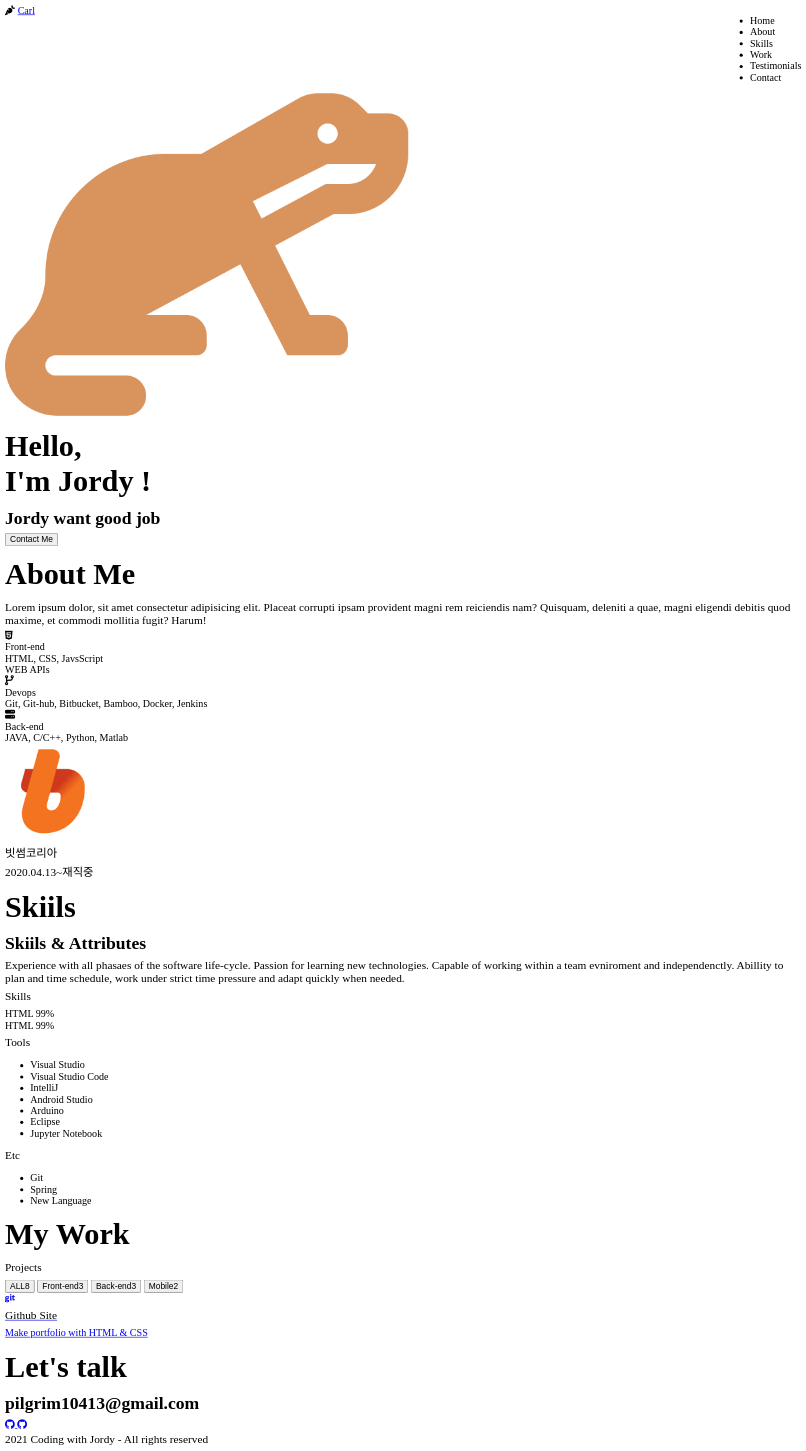
Repository: pilgrim13/Portfolio
Page: index.html
An editor plug-in stored every save of this project. The page is shown before and after the next save, followed by the edit.
The browser window is 1280 px wide. The pictures show the whole page, at 63% of full size.
Some web libraries are served in a nearby version.

Above is the page before, as saved 2021-01-11 17:30:02.

### index.html
<!DOCTYPE html>
<html lang="en">
	<!-- Header -->
	<head>
		<meta charset="UTF-8" />
		<meta name="viewport" content="width=device-width, initial-scale=1.0" />
		<title>Carl's WAS</title>
		<meta name="description" content="test WAS" />
		<meta name="author" content="Carl" />
		<link rel="icon" type="image/png" href="imgs/carrot.png" />
		<script
			src="https://kit.fontawesome.com/453419e5ae.js"
			crossorigin="anonymous"
		></script>
		<link rel="preconnect" href="https://fonts.gstatic.com" />
		<link
			href="https://fonts.googleapis.com/css2?family=Open+Sans:wght@400;600;700&display=swap"
			rel="stylesheet"
		/>
		<!-- css -->
		<!-- font-family: 'Open Sans', sans-serif; -->
		<link rel="stylesheet" href="style.css" />
		<script src="main.js" defer></script>
	</head>
	<body>
		<!-- Navbar -->
		<nav id="navbar">
			<div class="navbar__logo">
				<i class="fas fa-carrot"></i>
				<a href="#">Carl</a>
			</div>
			<div class="navbar__menu">
				<ul>
					<li class="navbar__menu__item">Home</li>
					<li class="navbar__menu__item">About</li>
					<li class="navbar__menu__item">Skills</li>
					<li class="navbar__menu__item">Work</li>
					<li class="navbar__menu__item">Testimonials</li>
					<li class="navbar__menu__item">Contact</li>
				</ul>
			</div>
		</nav>

		<!-- Home -->
		<section id="home">
			<img
				src="imgs/otter-solid.png"
				alt="Carl's profile photo"
				class="home__avatar"
			/>
			<h1 class="home__title">Hello, <br />I'm Jordy !</h1>
			<h2 class="home__description">Jordy want good job</h2>
			<button class="home__contact">Contact Me</button>
		</section>

		<!-- About -->
		<section id="about">
			<h1>About Me</h1>
			<p>
				Lorem ipsum dolor, sit amet consectetur adipisicing elit. Placeat
				corrupti ipsam provident magni rem reiciendis nam? Quisquam, deleniti a
				quae, magni eligendi debitis quod maxime, et commodi mollitia fugit?
				Harum!
			</p>
			<div class="about__majors">
				<div class="major">
					<div class="major__icon">
						<i class="fab fa-html5"></i>
					</div>
					<div class="major__title">Front-end</div>
					<div class="major__description">
						HTML, CSS, JavsScript <br />WEB APIs
					</div>
				</div>
				<div class="major">
					<div class="major__icon">
						<i class="fas fa-code-branch"></i>
					</div>
					<div class="major__title">Devops</div>
					<div class="major__description">
						Git, Git-hub, Bitbucket, Bamboo, Docker, Jenkins
					</div>
				</div>
				<div class="major">
					<div class="major__icon">
						<i class="fas fa-server"></i>
					</div>
					<div class="major__title">Back-end</div>
					<div class="major__description">JAVA, C/C++, Python, Matlab</div>
				</div>
			</div>
			<!-- <i class="fas fa-mobile-alt"></i> -->
			<!-- <i class="fas fa-server"></i> -->
			<!-- <i class="fas fa-code-branch"></i> -->
			<div class="about__jobs">
				<div class="job">
					<img src="imgs/bithumb_logo.png" alt="bithumb" class="job__logo" />
					<p class="job__name">빗썸코리아</p>
					<p class="job__period">2020.04.13~재직중</p>
				</div>
			</div>
		</section>

		<!-- Skills -->
		<section id="skills">
			<h1>Skiils</h1>
			<h2>Skiils & Attributes</h2>
			<p>
				Experience with all phasaes of the software life-cycle. Passion for
				learning new technologies. Capable of working within a team evniroment
				and independenctly. Abillity to plan and time schedule, work under
				strict time pressure and adapt quickly when needed.
			</p>
			<div class="skillset">
				<div class="skillset__left">
					<h3 class="skillset__title">Skills</h3>
					<div class="skill">
						<div class="skill_description">
							<span>HTML</span>
							<span>99%</span>
						</div>
						<div class="skill__bar">
							<div class="skill_value"></div>
						</div>
					</div>
					<div class="skill">
						<div class="skill_description">
							<span>HTML</span>
							<span>99%</span>
						</div>
						<div class="skill__bar">
							<div class="skill_value"></div>
						</div>
					</div>
				</div>
				<div class="skillset__right">
					<div class="tools">
						<h3 class="skillset_title">Tools</h3>
						<ul class="tools__list">
							<li><span>Visual Studio</span></li>
							<li><span>Visual Studio Code</span></li>
							<li><span>IntelliJ</span></li>
							<li><span>Android Studio</span></li>
							<li><span>Arduino</span></li>
							<li><span>Eclipse</span></li>
							<li><span>Jupyter Notebook</span></li>
						</ul>
					</div>
					<div class="etc">
						<h3 class="skillset_title">Etc</h3>
						<ul class="etc__list">
							<li><span>Git</span></li>
							<li><span>Spring</span></li>
							<li><span>New Language</span></li>
						</ul>
					</div>
				</div>
			</div>
		</section>

		<!-- Work -->
		<section id="work">
			<h1>My Work</h1>
			<h3>Projects</h3>
			<div class="work__categories">
				<button class="category__btn">
					ALL<span class="category__count">8</span>
				</button>
				<button class="category__btn">
					Front-end<span class="category__count">3</span>
				</button>
				<button class="category__btn">
					Back-end<span class="category__count">3</span>
				</button>
				<button class="category__btn">
					Mobile<span class="category__count">2</span>
				</button>
			</div>

			<div class="work__projects">
				<a
					href="https://github.com/pilgrim13/Portfolio"
					class="project"
					target="blank"
				>
					<i class="fab fa-git project__img" alt="github"></i>
					<!-- TODO. Link -> Img change -->
					<!-- <img src="imgs/carrot.png" alt="github"> -->
					<div class="project__description">
						<h3>Github Site</h3>
						<span>Make portfolio with HTML & CSS</span>
					</div>
				</a>
			</div>
		</section>

		<!-- Testimonials -->
		<section class="testimonials"></section>

		<!-- Contact -->
		<section id="contact">
			<h1 class="contact__title">Let's talk</h1>
			<h2 class="contact__email">pilgrim10413@gmail.com</h2>
			<div class="contact__links">
				<a href="https://github.com/pilgrim13" target="_blank">
					<i class="fab fa-github"></i>
				</a>
				<a href="#" target="_blank">
					<i class="fab fa-github"></i>
				</a>
			</div>
			<p class="contact__rights">
				2021 Coding with Jordy - All rights reserved
			</p>
		</section>
	</body>
</html>

### style.css
/* Global */

:root {
	/* Color */
	--color-white: #ffffff;
	--color-light-white: #eeeeee;
	--color-dark-white: #bdbdbd;
	--color-pink: #fe918d;
	--color-dark-pink: #ff6863;
	--color-dark-grey: #4d4d4d;
	--color-grey: #616161;
	--color-light-grey: #7c7979;
	--color-blue: #73aace;
	--color-yellow: #fff7d1;
	--color-orange: #feb546;
	--color-black: #000000;

	/* Font size */
	--font-large: 48px;
	--font-medium: 28px;
	--font-regular: 18px;
	--font-small: 16px;
	--font-micro: 14px;

	/* Font weight */
	--weight-bold: 700;
	--weight-semi-bold: 600;
	--weight-regular: 400;
}

/* Typography */

h1 {
	font-size: var(--font-large);
	font-weight: var(--weight-bold);
	color: var(--color-black);
	margin: 16px 0px;
}

h2 {
	font-size: var(--font-medium);
	font-weight: var(--weight-semi-bold);
	color: var(--color-black);
	margin: 8px 0;
}

h3 {
	font-size: var(--font-regular);
	font-weight: var(--weight-regular);
	color: var(--color-black);
	margin: 8px 0;
}

p {
	font-size: var(--font-regular);
	font-weight: var(--weight-regular);
	color: var(--color-black);
	margin: 4px 0;
}

/* Navbar */
#navbar {
	display: flex;
	justify-content: space-between;
}

.navbar__menu {
	display: flex;
}

Loaded but not shown: main.js (no stored copy; drawn as an empty file)

After the next save:
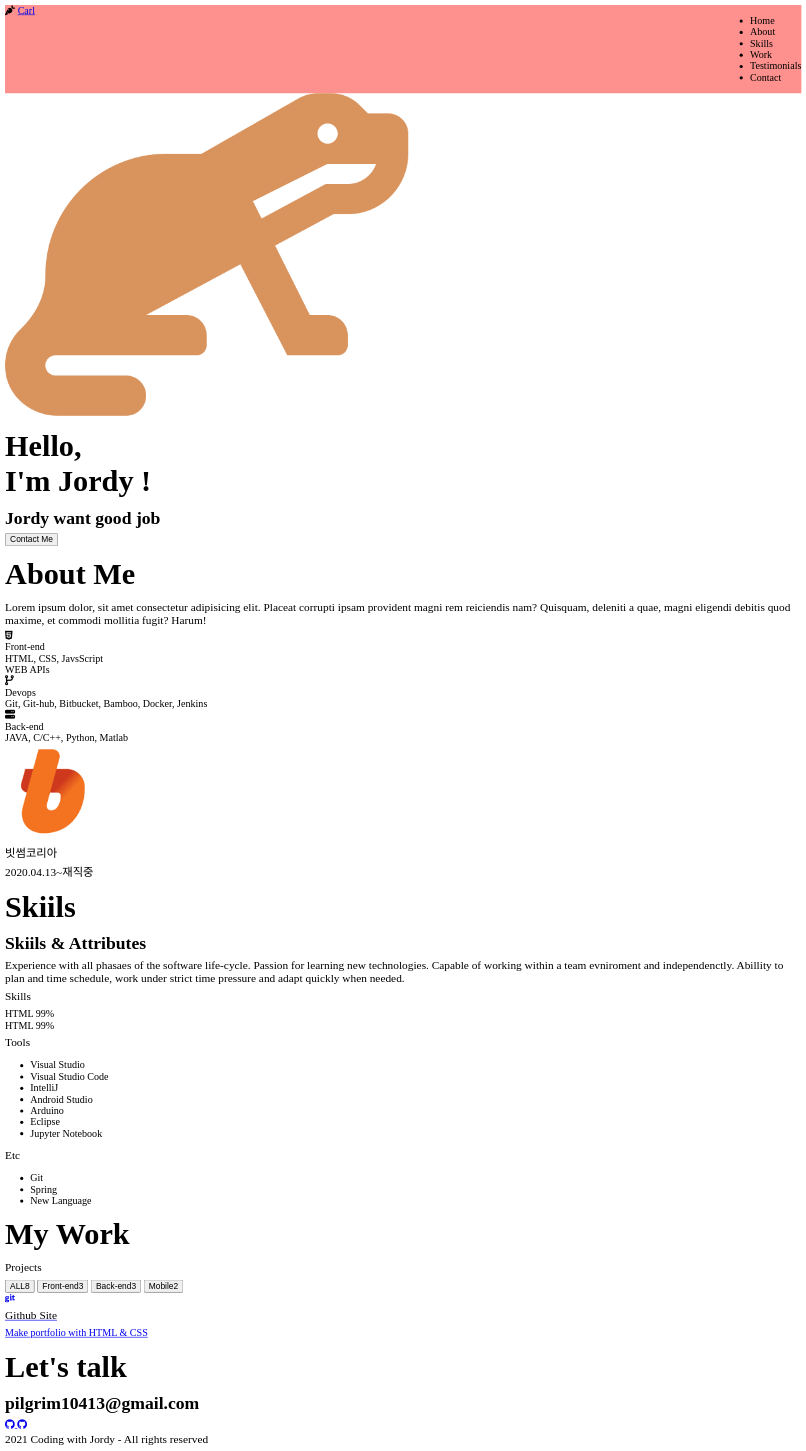
Saved 25 s later.
--- a/style.css
+++ b/style.css
@@ -62,6 +62,7 @@
 #navbar {
 	display: flex;
 	justify-content: space-between;
+	background-color: var(--color-pink);
 }
 
 .navbar__menu {
